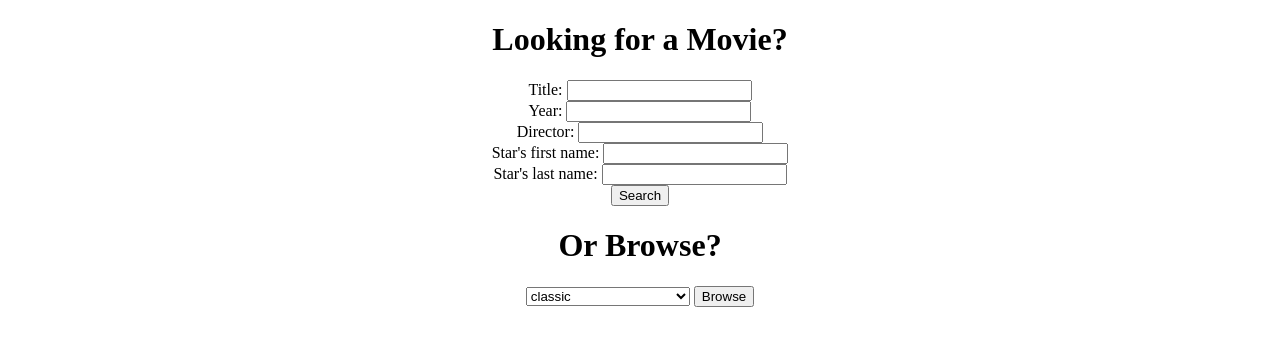
Repository: xzou4/CS221b
Page: fablix/WebContent/main.html
The author's editor kept a copy of each file at every save. The page is drawn from the files as they stood at one save, then again after the next save.
The browser window is 1280 px wide. The pictures show the whole page.

Above is the page before, as saved 2017-02-13 06:20:26.

After the next save:
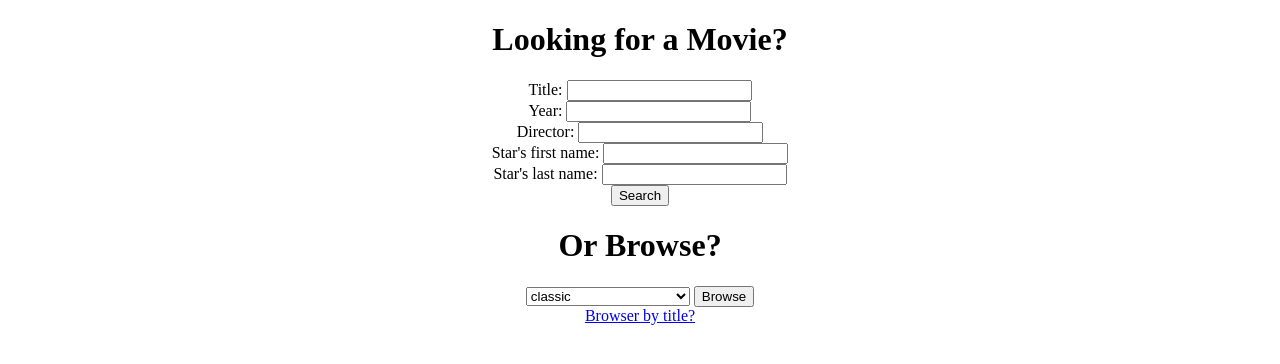
Saved 5 min 32 s later.
--- a/fablix/WebContent/main.html
+++ b/fablix/WebContent/main.html
@@ -81,5 +81,6 @@
     <INPUT TYPE="SUBMIT" VALUE="Browse">
   </CENTER>
 </FORM>
+<center><a href = "browse">Browser by title?</a>
 </body>
 </html>
